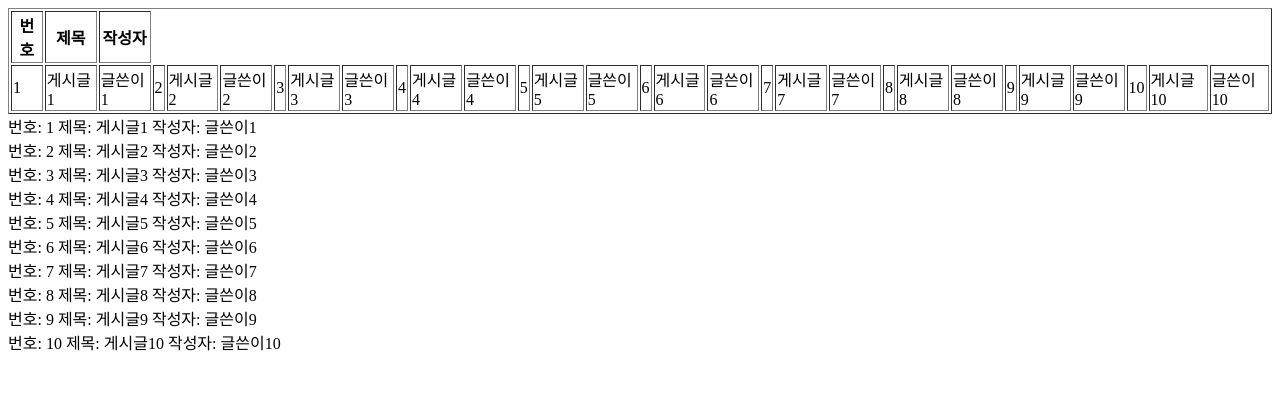
Repository: Luho0113/SpringBootStudy
Page: http://localhost/web/list.jsp
These files come from the project's save history. The page is drawn as it stood at one moment and after the next save; the edit follows.
The browser window is 1280 px wide. The pictures show the whole page.
The page is served by Tomcat 9. Other server files are loaded and not shown.

Above is the page before, as saved 2023-05-03 03:16:12.

### web/src/main/webapp/list.jsp
<%@ page language="java" contentType="text/html; charset=UTF-8"
    pageEncoding="UTF-8"%>
<%@page import="java.util.HashMap"%>
<%@page import="java.util.ArrayList"%>
<%@page import="java.util.Map"%>
<%@page import="java.util.List"%>


<%
List<Map<String,String>> list = new ArrayList<>();

for(int i=1;i<=10;i++){
   Map<String,String> board = new HashMap<>();
   board.put("bi_num","" + i);
   board.put("bi_title","게시글" + i);
   board.put("bi_writer","글쓴이" + i);
   list.add(board);
}

%>
<!DOCTYPE html>
<html>
<head>
<meta charset="UTF-8">
<title>List</title>
</head>
<body>
<table border="1">
<tr>
	<th>번호</th>
	<th>제목</th>
	<th>작성자</th>
</tr>
<tr>
			<%
			for (Map<String, String> map : list) {
			%>

			<td>
				<%
				out.println(map.get("bi_num"));
				%>
			</td>
			<td>
				<%
				out.println(map.get("bi_title"));
				%>
			</td>
			<td>
				<%
				out.println(map.get("bi_writer"));
				%>
			</td>

			<%}
		%>
		</tr>
</table>
<%
for(Map<String, String> map : list){
	out.println("번호: " + map.get("bi_num"));
	out.println("제목: " + map.get("bi_title"));
	out.println("작성자: " + map.get("bi_writer"));
	out.println("<br>");
}
%>
</body>
</html>

After the next save:
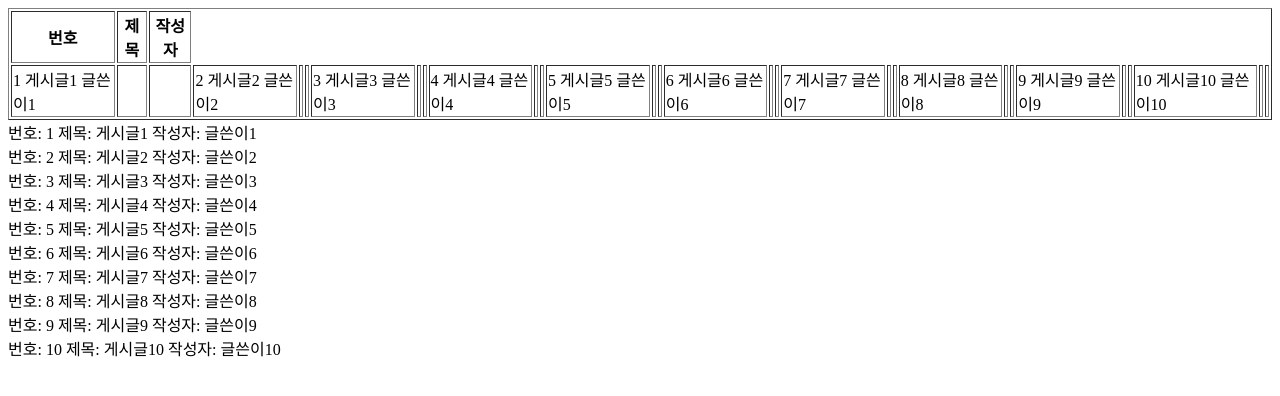
Saved 47 s later.
--- a/web/src/main/webapp/list.jsp
+++ b/web/src/main/webapp/list.jsp
@@ -40,16 +40,18 @@ for(int i=1;i<=10;i++){
 				<%
 				out.println(map.get("bi_num"));
 				%>
-			</td>
-			<td>
 				<%
 				out.println(map.get("bi_title"));
 				%>
-			</td>
-			<td>
 				<%
 				out.println(map.get("bi_writer"));
 				%>
+			</td>
+			<td>
+
+			</td>
+			<td>
+
 			</td>
 
 			<%}
